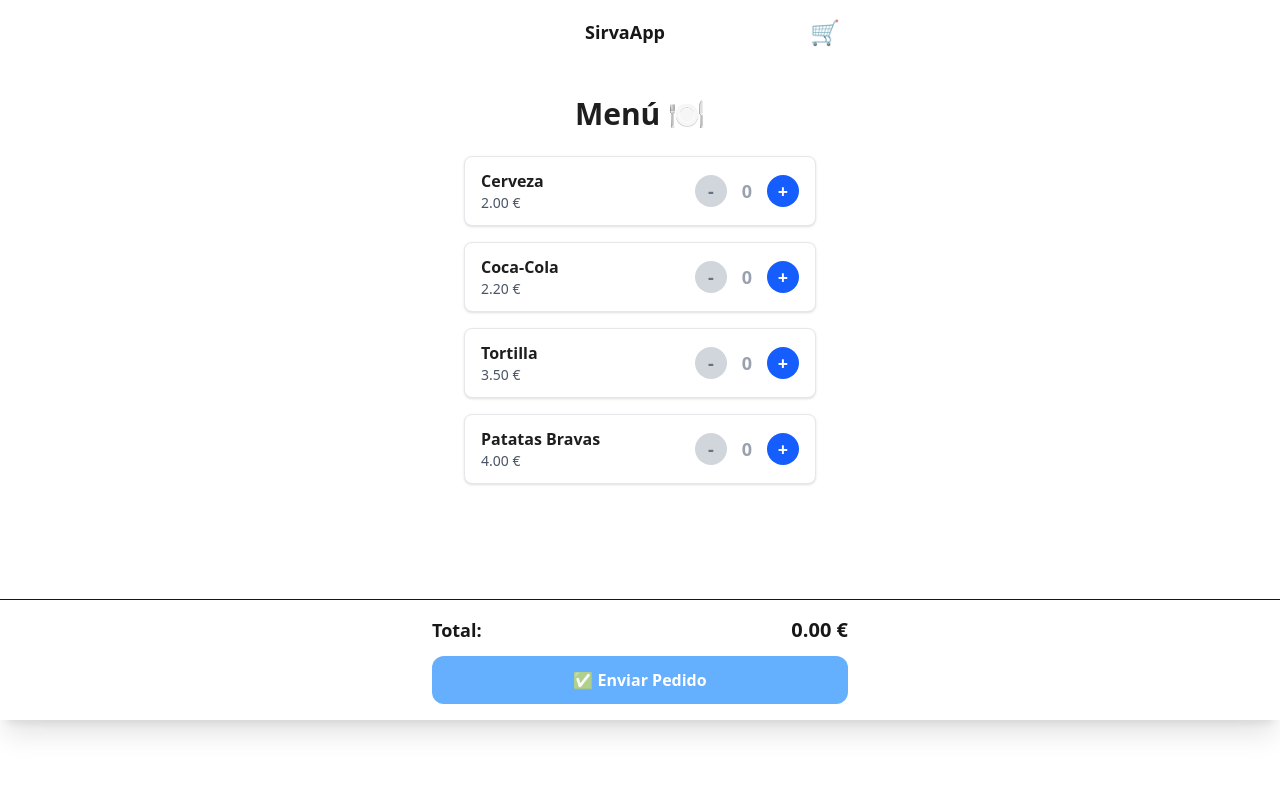
Repository: jrcardenas/sirvaapp
Page: /menu
The author's editor kept a copy of each file at every save. The page is drawn from the files as they stood at one save, then again after the next save.
The browser window is 1280 px wide. The pictures show the whole page.
The project was rebuilt for these pictures with package versions that can differ from the ones it lists, and the page was loaded fresh each time. The framework's server and built-in components were replaced by stand-ins that run in the browser. Also part of the build but not shown: next.config.ts.

Above is the page before, as saved 2025-11-02 11:59:33.

### app/layout.tsx
import type { Metadata } from "next";
import "./globals.css";
import "./styles/theme.css";
import { OrderProvider } from "@/context/OrderContext";
import LayoutWrapper from "@/components/layout/LayoutWrapper";

export const metadata: Metadata = {
  title: "SirvaApp",
  description: "Pide desde tu mesa. Sirve más rápido.",
};

export default function RootLayout({ children }: { children: React.ReactNode }) {
  return (
    <html lang="es">
      <body className="bg-[var(--color-background)] text-[var(--color-text-dark)]">
        <OrderProvider>
          <LayoutWrapper>
            {children}
          </LayoutWrapper>
        </OrderProvider>
      </body>
    </html>
  );
}

### app/menu/page.tsx
"use client";

import Button from "@/components/ui/Button";
import { useCartStore } from "@/store/cartStore";
import { useRouter } from "next/navigation";

export default function MenuPage() {
  const router = useRouter();
  const { addItem, changeQty, items, clearCart } = useCartStore();

  const productos = [
    { id: "1", nombre: "Cerveza", precio: 2.0 },
    { id: "2", nombre: "Coca-Cola", precio: 2.2 },
    { id: "3", nombre: "Tortilla", precio: 3.5 },
    { id: "4", nombre: "Patatas Bravas", precio: 4.0 },
  ];

  const getQty = (id: string) =>
    items.reduce((acc, p) => (p.id === id ? acc + p.qty : acc), 0);

  const total = items.reduce(
    (acc, p) => acc + p.price * p.qty,
    0
  );

  const handleSendOrder = () => {
    if (items.length === 0) return;
    alert("✅ Pedido enviado a cocina!");
    clearCart();
  };

  return (
    <main className="min-h-screen bg-[var(--color-background)] p-6 pb-24">
      <h1 className="text-3xl font-bold text-center text-[var(--color-text-dark)] mb-6">
        Menú 🍽️
      </h1>

      <div className="grid gap-4 max-w-md mx-auto">
        {productos.map((item) => {
          const qty = getQty(item.id);

          const handleMinus = () => {
            if (qty <= 1) {
              changeQty(item.id, 0);
            } else {
              changeQty(item.id, qty - 1);
            }
          };

          return (
            <div
              key={item.id}
              className="bg-white shadow rounded-lg px-4 py-3 flex justify-between items-center border border-gray-200"
            >
              <div className="flex flex-col">
                <span className="font-semibold text-[var(--color-text-dark)]">
                  {item.nombre}
                </span>
                <span className="text-gray-600 text-sm">
                  {item.precio.toFixed(2)} €
                </span>
              </div>

              <div className="flex items-center gap-2">
                <button
                  className={`w-8 h-8 rounded-full text-lg font-bold flex items-center justify-center
                  ${qty === 0 ? "bg-gray-300 text-gray-500" : "bg-gray-200 text-black"}`}
                  disabled={qty === 0}
                  onClick={handleMinus}
                >
                  -
                </button>

                <span
                  className={`w-6 text-center font-bold text-lg ${
                    qty === 0 ? "text-gray-400" : "text-black"
                  }`}
                >
                  {qty}
                </span>

                <button
                  className="w-8 h-8 bg-blue-600 text-white rounded-full text-lg font-bold flex items-center justify-center"
                  onClick={() =>
                    addItem({
                      id: item.id,
                      name: item.nombre,
                      price: item.precio,
                      qty: 1,
                    })
                  }
                >
                  +
                </button>
              </div>

            </div>
          );
        })}
      </div>

{/* ✅ Footer Pedido con mismo ancho */}
<div className="fixed bottom-0 left-0 w-full bg-white shadow-xl border-t">
  <div className="max-w-md mx-auto p-4">
    <div className="flex justify-between items-center mb-3">
      <span className="font-semibold text-lg">Total:</span>
      <span className="font-bold text-xl">{total.toFixed(2)} €</span>
    </div>

    <Button
      fullWidth
      disabled={items.length === 0}
      onClick={handleSendOrder}
    >
      ✅ Enviar Pedido
    </Button>
  </div>
</div>

    </main>
  );
}

### app/globals.css
@import "tailwindcss";

/* Colores base del navegador */
:root {
  --background: #ffffff;
  --foreground: #171717;
}

/* ✅ Variables sincronizadas con el tema */
@theme inline {
  --color-background: var(--background);
  --color-foreground: var(--foreground);
  --font-sans: var(--font-geist-sans);
  --font-mono: var(--font-geist-mono);
}

@media (prefers-color-scheme: dark) {
  :root {
    --background: #0a0a0a;
    --foreground: #ededed;
  }
}

/* ✅ Mantener reset y tipografía */
body {
  background: var(--color-background);
  color: var(--color-foreground);
}

### app/styles/theme.css
:root {
  /* Brand Colors */
  --color-primary: #007BFF;
  --color-secondary: #1E1E1E;
  --color-background: #FFFFFF;
  --color-surface: #F8F8F8;
  --color-border: #E2E2E2;

  /* Text */
  --color-text-dark: #1E1E1E;
  --color-text-light: #FFFFFF;

  /* Tokens */
  --radius: 12px;
  --button-height: 48px;
}

### app/context/OrderContext.tsx
"use client";
import { createContext, useContext, useState, ReactNode } from "react";

interface ProductoPedido {
  id: number;
  nombre: string;
  precio: number;
  cantidad: number;
  nota?: string;
}

interface OrderContextValue {
  pedido: ProductoPedido[];
  agregarProducto: (producto: ProductoPedido) => void;
  cambiarCantidad: (id: number, accion: "sumar" | "restar") => void;
  eliminarProducto: (id: number) => void;
  vaciarPedido: () => void;
  totalItems: number;
  totalPrice: number;
}

const OrderContext = createContext<OrderContextValue | undefined>(undefined);

export function OrderProvider({ children }: { children: ReactNode }) {
  const [pedido, setPedido] = useState<ProductoPedido[]>([]);

  const agregarProducto = (producto: ProductoPedido) => {
    setPedido((prev) => {
      const existe = prev.find((p) => p.id === producto.id);
      if (existe) {
        return prev.map((p) =>
          p.id === producto.id
            ? { ...p, cantidad: p.cantidad + producto.cantidad }
            : p
        );
      }
      return [...prev, producto];
    });
  };

  const cambiarCantidad = (id: number, accion: "sumar" | "restar") => {
    setPedido((prev) =>
      prev
        .map((p) => {
          if (p.id !== id) return p;
          if (accion === "sumar") return { ...p, cantidad: p.cantidad + 1 };
          if (p.cantidad === 1) return p;
          return { ...p, cantidad: p.cantidad - 1 };
        })
        .filter((p) => p.cantidad > 0)
    );
  };

  const eliminarProducto = (id: number) => {
    setPedido((prev) => prev.filter((p) => p.id !== id));
  };

  const vaciarPedido = () => setPedido([]);

  const totalItems = pedido.reduce((acc, p) => acc + p.cantidad, 0);
  const totalPrice = pedido.reduce((acc, p) => acc + p.precio * p.cantidad, 0);

  return (
    <OrderContext.Provider
      value={{
        pedido,
        agregarProducto,
        cambiarCantidad,
        eliminarProducto,
        vaciarPedido,
        totalItems,
        totalPrice,
      }}
    >
      {children}
    </OrderContext.Provider>
  );
}

export function useOrder() {
  const context = useContext(OrderContext);
  if (!context) throw new Error("useOrder debe usarse dentro de OrderProvider");
  return context;
}

### app/components/layout/LayoutWrapper.tsx
"use client";

import Header from "./Header";

export default function LayoutWrapper({ children }: { children: React.ReactNode }) {
  return (
    <div className="max-w-md mx-auto px-6 py-4 min-h-screen flex flex-col">
      <Header />
      {children}
    </div>
  );
}

### app/components/ui/Button.tsx
"use client";

import React from "react";
import Link from "next/link";

type Variant = "primary" | "secondary" | "outline" | "ghost";
type Size = "sm" | "md" | "lg";

type ButtonProps = {
  variant?: Variant;
  size?: Size;
  loading?: boolean;
  fullWidth?: boolean;
  as?: "button" | "link";
  href?: string;
  className?: string;
  children: React.ReactNode;
} & React.ButtonHTMLAttributes<HTMLButtonElement>;

function classes({ variant, size, fullWidth }: { variant: Variant; size: Size; fullWidth?: boolean }) {
  const base =
    "inline-flex items-center justify-center font-semibold transition focus:outline-none focus-visible:ring-2 focus-visible:ring-offset-2";
  const radius = "rounded-[var(--radius)]";
  const width = fullWidth ? "w-full" : "";
  const sizes: Record<Size, string> = {
    sm: "text-sm h-10 px-4",
    md: "text-base h-[var(--button-height)] px-5", // 48px por theme
    lg: "text-base h-14 px-6",
  };
  const variants: Record<Variant, string> = {
    primary:
      "bg-[var(--color-primary)] text-[var(--color-text-light)] hover:opacity-90 focus-visible:ring-[var(--color-primary)]",
    secondary:
      "bg-[var(--color-secondary)] text-[var(--color-text-light)] hover:opacity-90 focus-visible:ring-[var(--color-secondary)]",
    outline:
      "bg-transparent text-[var(--color-text-dark)] border border-[color:var(--color-secondary)]/20 hover:bg-[var(--color-surface)] focus-visible:ring-[var(--color-primary)]",
    ghost:
      "bg-transparent text-[var(--color-text-dark)] hover:bg-[var(--color-surface)] focus-visible:ring-[var(--color-primary)]",
  };

  return [base, radius, width, sizes[size], variants[variant]].join(" ");
}

export default function Button({
  variant = "primary",
  size = "md",
  loading = false,
  fullWidth,
  as = "button",
  href,
  className = "",
  children,
  disabled,
  ...rest
}: ButtonProps) {
  const cls =
    classes({ variant, size, fullWidth }) +
    " " +
    (disabled || loading ? "opacity-60 pointer-events-none" : "") +
    " " +
    className;

  const content = (
    <>
      {loading && (
        <svg
          className="mr-2 animate-spin"
          width="16"
          height="16"
          viewBox="0 0 24 24"
          aria-hidden="true"
        >
          <circle cx="12" cy="12" r="10" stroke="currentColor" strokeWidth="4" fill="none" opacity="0.25" />
          <path d="M22 12a10 10 0 0 1-10 10" fill="none" stroke="currentColor" strokeWidth="4" />
        </svg>
      )}
      {children}
    </>
  );

  if (as === "link" && href) {
    return (
      <Link
        href={href}
        className={cls}
        role="button"
        aria-busy={loading || undefined}
        aria-disabled={disabled || loading || undefined}
      >
        {content}
      </Link>
    );
  }

  return (
    <button
      className={cls}
      disabled={disabled || loading}
      aria-busy={loading || undefined}
      {...rest}
    >
      {content}
    </button>
  );
}

### app/store/cartStore.ts
import { create } from "zustand";

export interface CartItem {
  id: string;
  name: string;
  price: number;
  qty: number;
  note?: string;
}

interface CartState {
  items: CartItem[];
  addItem: (item: CartItem) => void;
  changeQty: (id: string, qty: number) => void;
  removeItem: (id: string, note?: string) => void;
  clearCart: () => void;
  totalItems: number;
  totalAmount: number;
}

export const useCartStore = create<CartState>((set, get) => ({
  items: [],

  addItem: (item) => {
    const exists = get().items.find(
      (i) => i.id === item.id && i.note === item.note
    );

    if (exists) {
      set({
        items: get().items.map((i) =>
          i.id === item.id && i.note === item.note
            ? { ...i, qty: i.qty + item.qty }
            : i
        ),
      });
    } else {
      set({ items: [...get().items, item] });
    }
  },

  changeQty: (id, qty) => {
    if (qty < 1) return; // ✅ regla elegida (A)
    set({
      items: get().items.map((i) =>
        i.id === id ? { ...i, qty } : i
      ),
    });
  },

  removeItem: (id, note) =>
    set({
      items: get().items.filter(
        (i) => !(i.id === id && i.note === note)
      ),
    }),

  clearCart: () => set({ items: [] }),

  get totalItems() {
    return get().items.reduce((acc, i) => acc + i.qty, 0);
  },

  get totalAmount() {
    return get().items.reduce((acc, i) => acc + i.qty * i.price, 0);
  },
}));

### app/components/layout/Header.tsx
"use client";

import Link from "next/link";
import { useOrder } from "@/context/OrderContext";

export default function Header() {
  const { pedido } = useOrder();
  const totalItems = pedido.reduce((acc, item) => acc + item.cantidad, 0);

  return (
    <header className="flex justify-between items-center mb-6">
      <div /> {/* placeholder para el espacio izquierdo */}

      <h1 className="text-lg font-bold">SirvaApp</h1>

      <Link href="/carrito" className="relative">
        <span className="text-2xl">🛒</span>

        {totalItems > 0 && (
          <span className="absolute -top-1 -right-2 bg-[var(--color-primary)] text-white rounded-full text-xs px-1">
            {totalItems}
          </span>
        )}
      </Link>
    </header>
  );
}

After the next save:
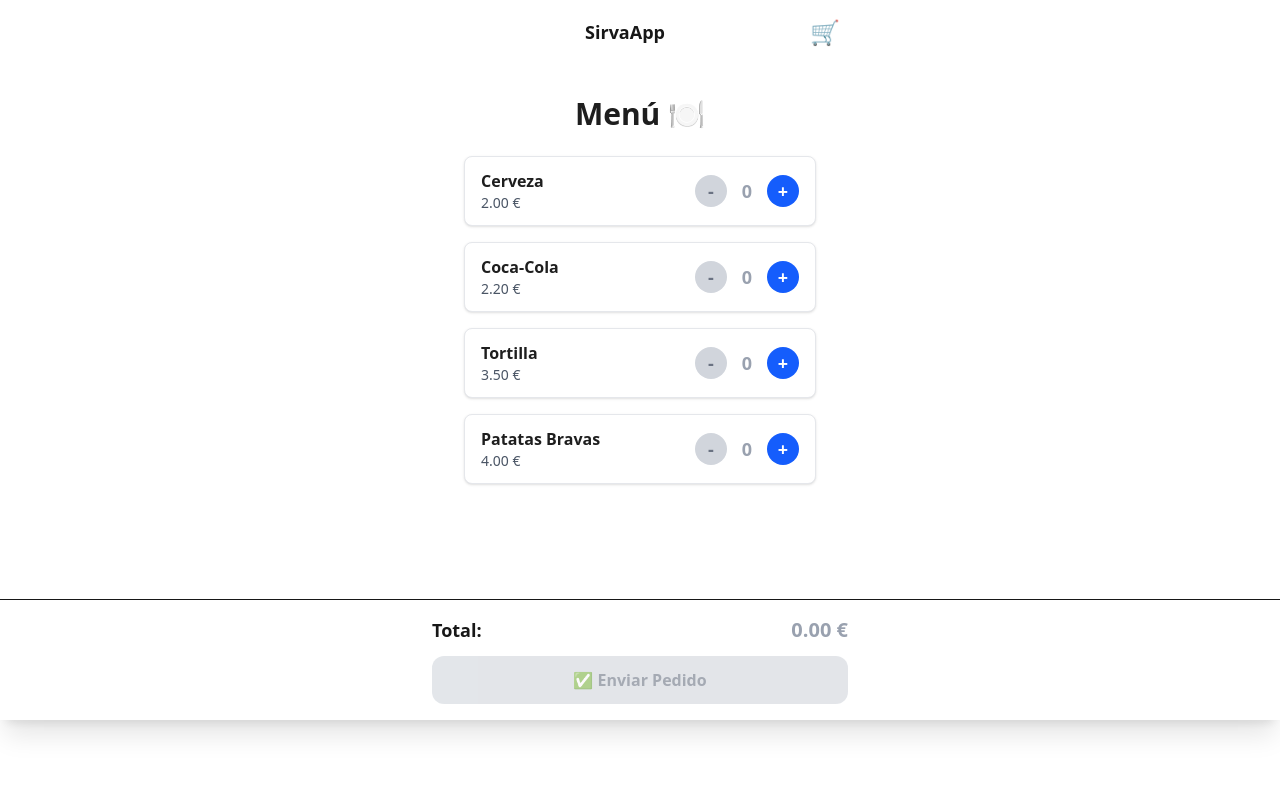
Saved 77 s later.
--- a/app/menu/page.tsx
+++ b/app/menu/page.tsx
@@ -6,7 +6,7 @@ import { useRouter } from "next/navigation";
 
 export default function MenuPage() {
   const router = useRouter();
-  const { addItem, changeQty, items, clearCart } = useCartStore();
+  const { addItem, changeQty, items, clearCart, removeItem } = useCartStore();
 
   const productos = [
     { id: "1", nombre: "Cerveza", precio: 2.0 },
@@ -30,7 +30,7 @@ export default function MenuPage() {
   };
 
   return (
-    <main className="min-h-screen bg-[var(--color-background)] p-6 pb-24">
+    <main className="min-h-screen bg-[var(--color-background)] p-6 pb-32">
       <h1 className="text-3xl font-bold text-center text-[var(--color-text-dark)] mb-6">
         Menú 🍽️
       </h1>
@@ -41,7 +41,7 @@ export default function MenuPage() {
 
           const handleMinus = () => {
             if (qty <= 1) {
-              changeQty(item.id, 0);
+              removeItem(item.id);
             } else {
               changeQty(item.id, qty - 1);
             }
@@ -61,10 +61,11 @@ export default function MenuPage() {
                 </span>
               </div>
 
+              {/* Controles siempre visibles */}
               <div className="flex items-center gap-2">
                 <button
                   className={`w-8 h-8 rounded-full text-lg font-bold flex items-center justify-center
-                  ${qty === 0 ? "bg-gray-300 text-gray-500" : "bg-gray-200 text-black"}`}
+                    ${qty === 0 ? "bg-gray-300 text-gray-500" : "bg-gray-200 text-black"}`}
                   disabled={qty === 0}
                   onClick={handleMinus}
                 >
@@ -73,7 +74,9 @@ export default function MenuPage() {
 
                 <span
                   className={`w-6 text-center font-bold text-lg ${
-                    qty === 0 ? "text-gray-400" : "text-black"
+                    qty === 0
+                      ? "text-gray-400"
+                      : "text-[var(--color-text-dark)]"
                   }`}
                 >
                   {qty}
@@ -93,30 +96,44 @@ export default function MenuPage() {
                   +
                 </button>
               </div>
-
             </div>
           );
         })}
       </div>
 
-{/* ✅ Footer Pedido con mismo ancho */}
-<div className="fixed bottom-0 left-0 w-full bg-white shadow-xl border-t">
-  <div className="max-w-md mx-auto p-4">
-    <div className="flex justify-between items-center mb-3">
-      <span className="font-semibold text-lg">Total:</span>
-      <span className="font-bold text-xl">{total.toFixed(2)} €</span>
-    </div>
+      {/* ✅ Footer centrado y con mismo ancho que el menú */}
+      <div className="fixed bottom-0 left-0 w-full bg-white shadow-xl border-t">
+        <div className="max-w-md mx-auto p-4">
+          <div className="flex justify-between items-center mb-3">
+            <span className="font-semibold text-lg">
+              Total:
+            </span>
 
-    <Button
-      fullWidth
-      disabled={items.length === 0}
-      onClick={handleSendOrder}
-    >
-      ✅ Enviar Pedido
-    </Button>
-  </div>
-</div>
+            <span
+              className={`font-bold text-xl ${
+                total === 0
+                  ? "text-gray-400"
+                  : "text-[var(--color-text-dark)]"
+              }`}
+            >
+              {total.toFixed(2)} €
+            </span>
+          </div>
 
+          <Button
+            fullWidth
+            disabled={total === 0}
+            className={`${
+              total === 0
+                ? "bg-gray-300 text-gray-500 cursor-not-allowed"
+                : ""
+            }`}
+            onClick={handleSendOrder}
+          >
+            ✅ Enviar Pedido
+          </Button>
+        </div>
+      </div>
     </main>
   );
 }
